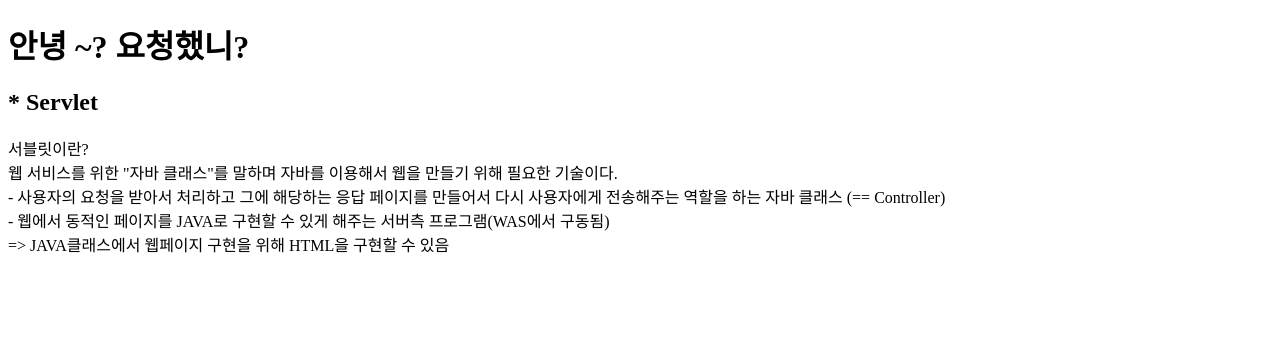
Repository: DonghwanSon1/StudyAndSubwayStore
Page: 1_Servlet/WebContent/index.html
The author's editor kept a copy of each file at every save. The page is drawn from the files as they stood at one save, then again after the next save.
The browser window is 1280 px wide. The pictures show the whole page.

Above is the page before, as saved 2022-05-31 03:26:54.

After the next save:
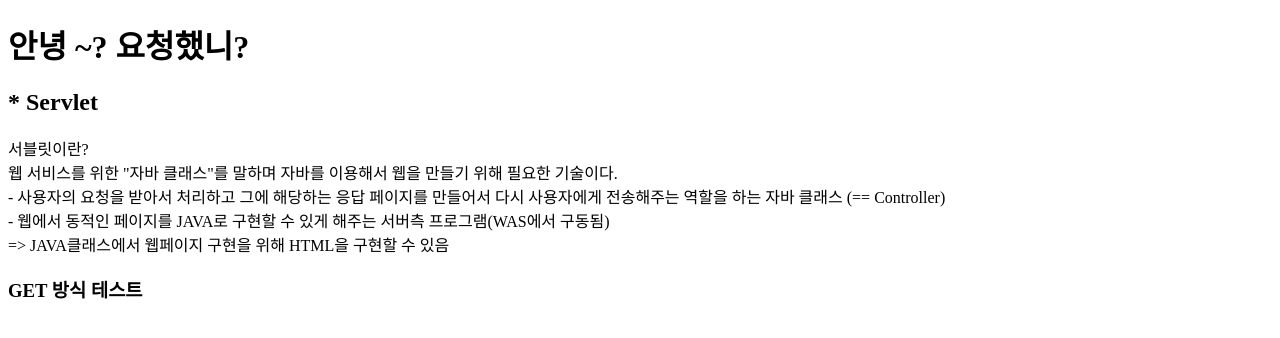
Saved 57 s later.
--- a/1_Servlet/WebContent/index.html
+++ b/1_Servlet/WebContent/index.html
@@ -88,6 +88,7 @@
 		=> JAVA클래스에서 웹페이지 구현을 위해 HTML을 구현할 수 있음
 	</p>
 
+	<h3><a>GET 방식 테스트</a></h3>
 
 
 
